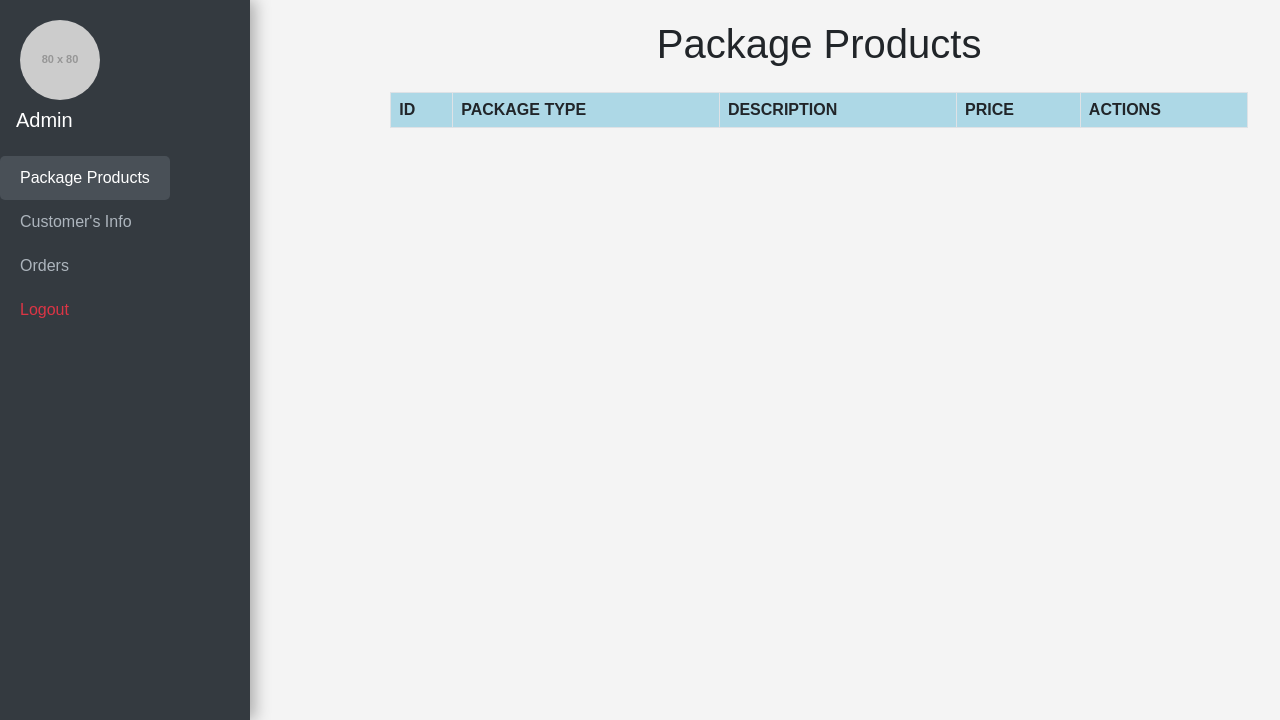
Repository: banbanny/kuyacards_catering
Page: http://localhost/staff_index.php
An editor plug-in stored every save of this project. The page is shown before and after a run of saves, followed by the edit.
The browser window is 1280 px wide. The pictures show the whole page.
The page is run by PHP 8.4 with error messages shown; the project is at /var/www/html/. Queries for data that is not in the repository find no rows.

Above is the page before, as saved 2024-12-02 05:24:35.

After the next 6 saves:
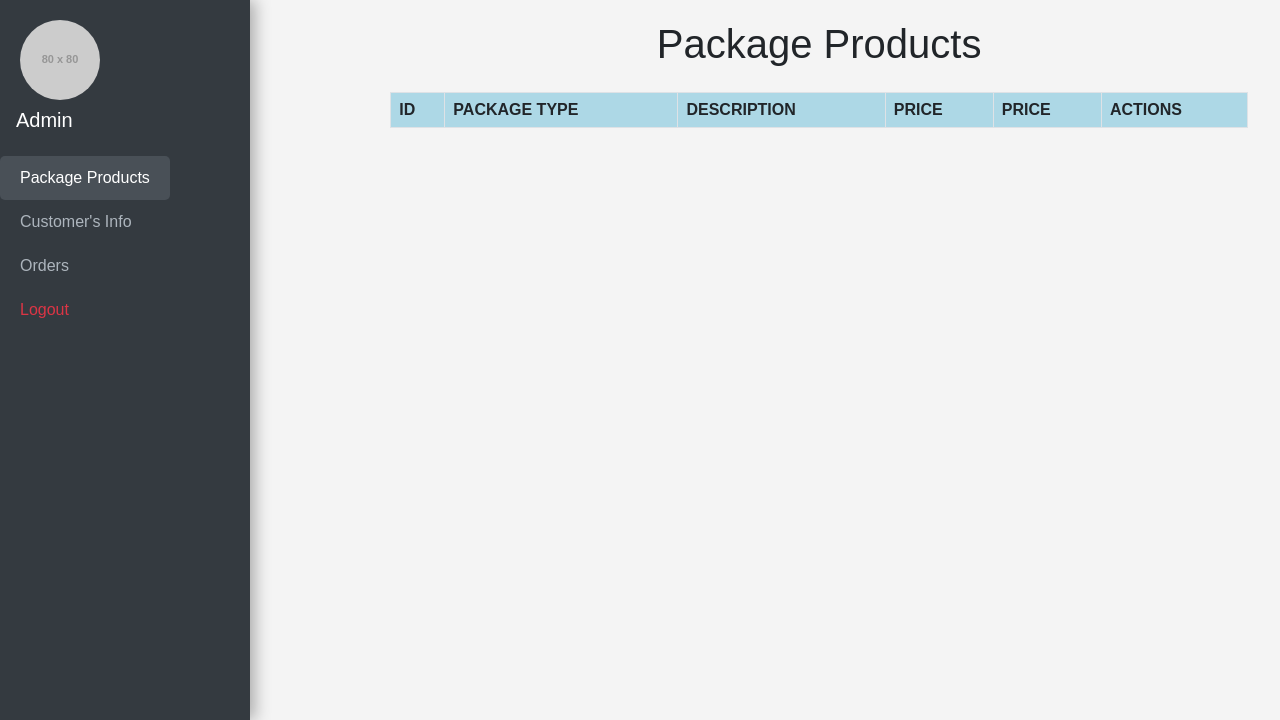
The 6 saves are shown as one change because they came seconds apart.
The last was saved 18 s later.
--- a/staff_index.php
+++ b/staff_index.php
@@ -132,7 +132,7 @@ staff_index (lol)
                 <th>PACKAGE TYPE</th>
                 <th>DESCRIPTION</th>
                 <th>PRICE</th>
-
+                <th>PRICE</th>
                 <th>ACTIONS</th>
               </tr>
             </thead>
